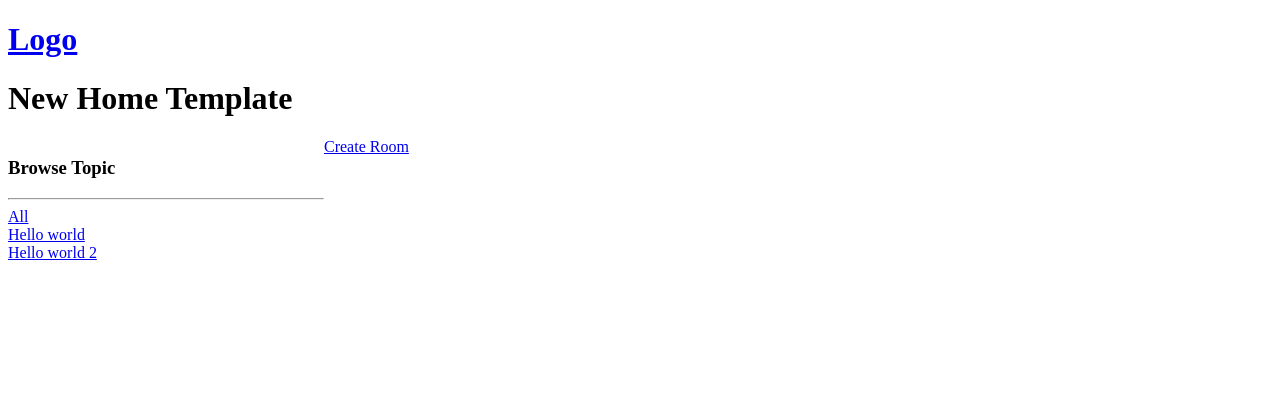
Repository: DZESU/studybug_django
Page: http://localhost/
The author's editor kept a copy of each file at every save. The page is drawn from the files as they stood at one save, then again after the next save.
The browser window is 1280 px wide. The pictures show the whole page.
The page is served by the project's application, run on Django 4.2 (manage.py). The page reads the database file committed with the project.

Above is the page before, as saved 2022-08-02 22:36:21.

After the next save:
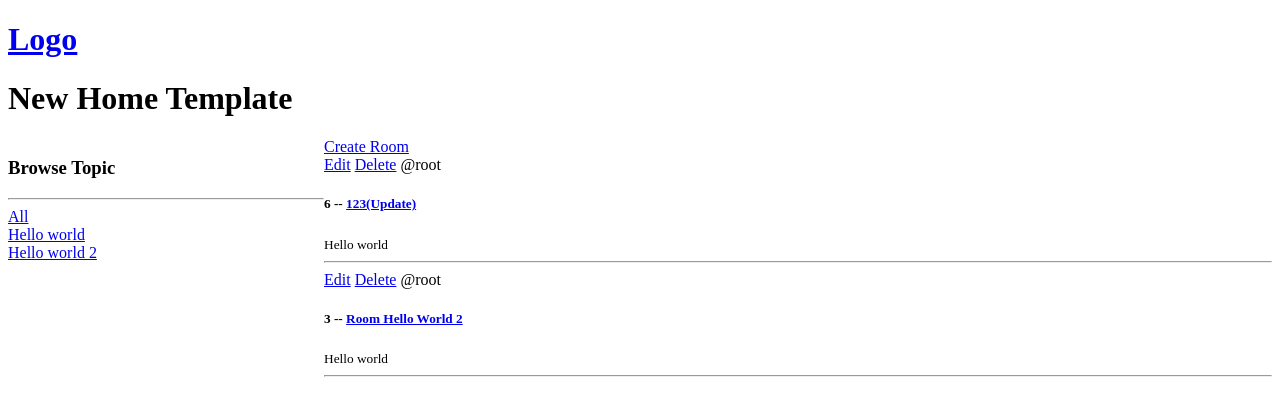
Saved 13 s later.
--- a/base/views.py
+++ b/base/views.py
@@ -13,7 +13,7 @@ from .forms import RoomForm
 
 def home(request):
     query = request.GET.get('q') if request.GET.get('q') != None else ''
-    rooms = Room.objects.filter(topic__name = query)
+    rooms = Room.objects.filter(topic__name__icontains = query)
     topics = Topic.objects.all()
     context = {'rooms': rooms, 'topics': topics}
     return render(request, 'base/home.html', context)
